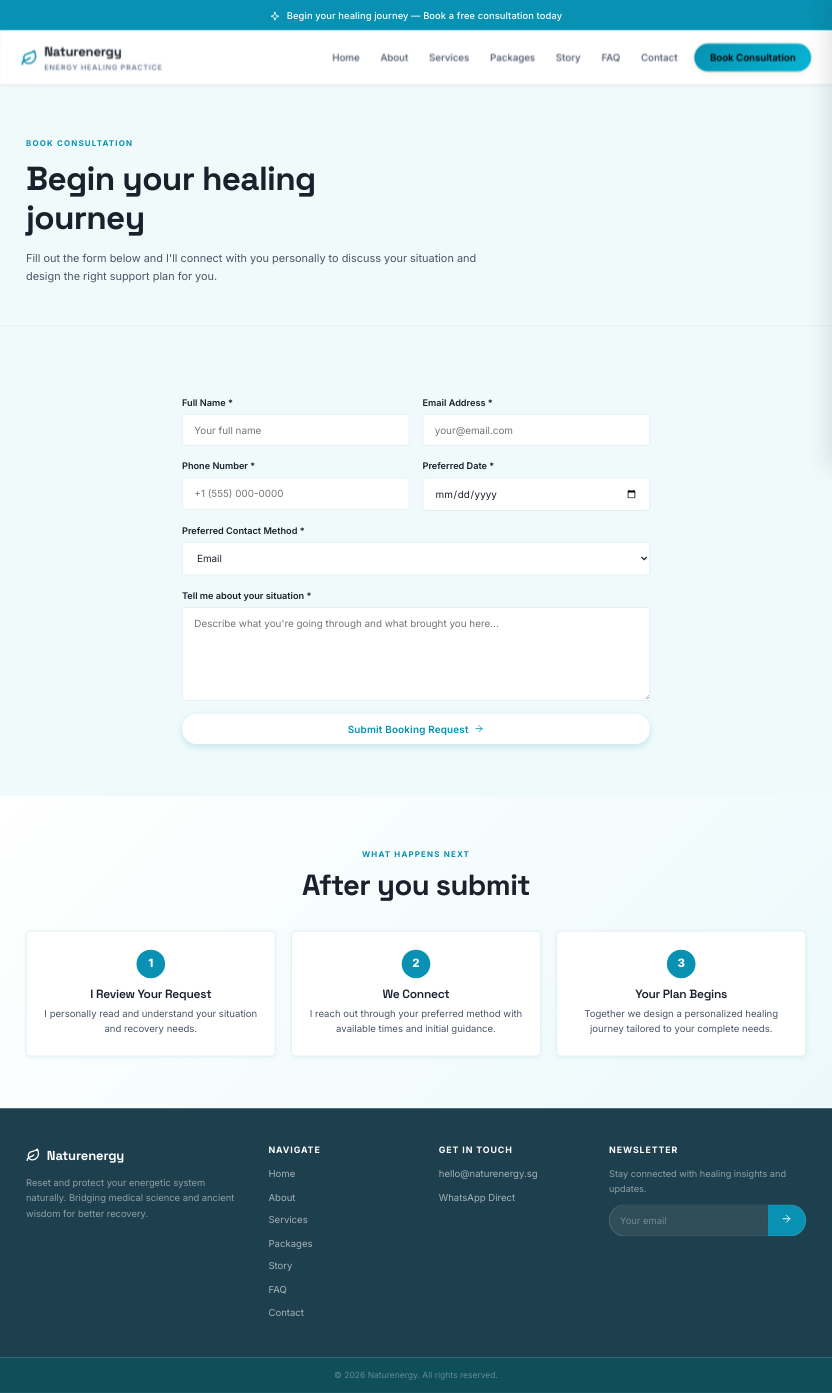
Repository: Ethxmnhz/nt_landing
Page: /book
These files come from the project's save history. The page is drawn as it stood at one moment and after the next save; the edit follows.
The browser window is 1280 px wide. The pictures show the whole page, at 65% of full size.
The project was rebuilt for these pictures with package versions that can differ from the ones it lists, and the page was loaded fresh each time. Also part of the build but not shown: vite.config.ts, src/components/ui/ButtonLink.tsx, src/pages/AboutPage.tsx, src/pages/ContactPage.tsx, src/components/ui/FaqAccordion.tsx, src/pages/FaqPage.tsx, src/pages/HomePage.tsx, src/pages/PackagesPage.tsx and 1 more.

Above is the page before, as saved 2026-04-06 20:08:14.

### index.html
<!doctype html>
<html lang="en">
  <head>
    <meta charset="UTF-8" />
    <link rel="icon" type="image/svg+xml" href="/favicon.svg" />
    <meta name="viewport" content="width=device-width, initial-scale=1.0" />
    <meta name="description" content="Naturenergy — Reset and protect your energetic system naturally. Bridging medical science and ancient wisdom for holistic healing across mental, emotional, and physical dimensions." />
    <meta property="og:title" content="Naturenergy | Energy Healing & Recovery Support" />
    <meta property="og:description" content="Holistic healing sessions combining chakra energy healing, physical movement, and emotional support for people navigating recovery and life challenges." />
    <meta property="og:type" content="website" />
    <meta property="og:url" content="https://naturenergy.sg" />
    <link rel="preconnect" href="https://fonts.googleapis.com" />
    <link rel="preconnect" href="https://fonts.gstatic.com" crossorigin />
    <title>Naturenergy | Energy Healing & Recovery Support</title>
  </head>
  <body>
    <div id="app"></div>
    <script type="module" src="/src/main.tsx"></script>
  </body>
</html>

### src/main.tsx
import React from 'react'
import ReactDOM from 'react-dom/client'
import { BrowserRouter } from 'react-router-dom'
import App from './App'
import './style.css'

ReactDOM.createRoot(document.getElementById('app')!).render(
  <React.StrictMode>
    <BrowserRouter>
      <App />
    </BrowserRouter>
  </React.StrictMode>,
)

### src/App.tsx
import { useEffect } from 'react'
import { Navigate, Route, Routes, useLocation } from 'react-router-dom'
import { SiteFooter } from './components/layout/SiteFooter'
import { SiteHeader } from './components/layout/SiteHeader'
import { AboutPage } from './pages/AboutPage'
import { BookPage } from './pages/BookPage'
import { ContactPage } from './pages/ContactPage'
import { FaqPage } from './pages/FaqPage'
import { HomePage } from './pages/HomePage'
import { PackagesPage } from './pages/PackagesPage'
import { ServicesPage } from './pages/ServicesPage'
import { StoryPage } from './pages/StoryPage'

function ScrollToTop() {
  const { pathname } = useLocation()
  useEffect(() => {
    window.scrollTo(0, 0)
  }, [pathname])
  return null
}

function App() {
  return (
    <div className="site-root">
      <ScrollToTop />
      <SiteHeader />
      <main>
        <Routes>
          <Route path="/" element={<Navigate to="/home" replace />} />
          <Route path="/home" element={<HomePage />} />
          <Route path="/about" element={<AboutPage />} />
          <Route path="/services" element={<ServicesPage />} />
          <Route path="/packages" element={<PackagesPage />} />
          <Route path="/programs" element={<Navigate to="/packages" replace />} />
          <Route path="/story" element={<StoryPage />} />
          <Route path="/faq" element={<FaqPage />} />
          <Route path="/contact" element={<ContactPage />} />
          <Route path="/book" element={<BookPage />} />
          <Route path="*" element={<Navigate to="/home" replace />} />
        </Routes>
      </main>
      <SiteFooter />
    </div>
  )
}

export default App

### src/components/layout/SiteFooter.tsx
import { Link } from 'react-router-dom'
import { Leaf, ArrowRight } from 'lucide-react'
import { navItems, site } from '../../data/siteData'

export function SiteFooter() {
  return (
    <footer className="site-footer">
      <div className="footer-main">
        <div className="section-shell">
          <div className="footer-grid">
            <div className="footer-brand">
              <Link to="/home" className="footer-logo">
                <Leaf size={22} strokeWidth={2.2} />
                <span className="brand-name">{site.name}</span>
              </Link>
              <p className="footer-brand-desc">
                Reset and protect your energetic system naturally. Bridging medical science and
                ancient wisdom for better recovery.
              </p>
            </div>

            <div className="footer-links-col">
              <h4>Navigate</h4>
              <ul>
                {navItems
                  .filter((n) => !n.highlight)
                  .map((item) => (
                    <li key={item.to}>
                      <Link to={item.to}>{item.label}</Link>
                    </li>
                  ))}
              </ul>
            </div>

            <div className="footer-links-col">
              <h4>Get In Touch</h4>
              <ul>
                <li>
                  <a href={`mailto:${site.email}`}>{site.email}</a>
                </li>
                <li>
                  <a href={site.whatsappUrl}>WhatsApp Direct</a>
                </li>
              </ul>
            </div>

            <div className="footer-links-col">
              <h4>Newsletter</h4>
              <p className="footer-newsletter-text">
                Stay connected with healing insights and updates.
              </p>
              <form className="footer-newsletter" onSubmit={(e) => e.preventDefault()}>
                <input type="email" placeholder="Your email" aria-label="Email for newsletter" />
                <button type="submit" aria-label="Subscribe">
                  <ArrowRight size={18} />
                </button>
              </form>
            </div>
          </div>
        </div>
      </div>

      <div className="footer-bottom">
        <div className="section-shell">
          <p>© {new Date().getFullYear()} {site.name}. All rights reserved.</p>
        </div>
      </div>
    </footer>
  )
}

### src/components/layout/SiteHeader.tsx
import { useState } from 'react'
import { NavLink } from 'react-router-dom'
import { Leaf, Menu } from 'lucide-react'
import { navItems, site } from '../../data/siteData'
import { MobileNav } from './MobileNav'

export function SiteHeader() {
  const [mobileOpen, setMobileOpen] = useState(false)

  return (
    <header className="site-header">
      <div className="announcement-bar">
        <Sparkle /> Begin your healing journey — Book a free consultation today
      </div>
      <div className="header-main">
        <NavLink className="brand" to="/home" aria-label="Naturenergy Home">
          <Leaf className="brand-icon-svg" size={26} strokeWidth={2.2} />
          <span className="brand-text">
            <span className="brand-name">{site.name}</span>
            <span className="brand-sub">Energy Healing Practice</span>
          </span>
        </NavLink>

        <nav className="site-nav">
          {navItems.map((item) =>
            item.highlight ? (
              <NavLink
                key={item.to}
                to={item.to}
                className="nav-cta-btn"
              >
                {item.label}
              </NavLink>
            ) : (
              <NavLink
                key={item.to}
                to={item.to}
                className={({ isActive }) =>
                  isActive ? 'site-nav-link active' : 'site-nav-link'
                }
              >
                {item.label}
              </NavLink>
            )
          )}
        </nav>

        <button
          className="hamburger"
          onClick={() => setMobileOpen(true)}
          aria-label="Open menu"
          type="button"
        >
          <Menu size={26} />
        </button>
      </div>

      <MobileNav open={mobileOpen} onClose={() => setMobileOpen(false)} />
    </header>
  )
}

function Sparkle() {
  return (
    <svg width="16" height="16" viewBox="0 0 24 24" fill="none" stroke="currentColor" strokeWidth="2" strokeLinecap="round" strokeLinejoin="round" style={{ display: 'inline', verticalAlign: 'middle', marginRight: 6 }}>
      <path d="M12 3l1.912 5.813a2 2 0 001.275 1.275L21 12l-5.813 1.912a2 2 0 00-1.275 1.275L12 21l-1.912-5.813a2 2 0 00-1.275-1.275L3 12l5.813-1.912a2 2 0 001.275-1.275L12 3z" />
    </svg>
  )
}

### src/pages/BookPage.tsx
import { ArrowRight } from 'lucide-react'
import { useState } from 'react'
import { AnimatedSection } from '../components/ui/AnimatedSection'
import { site } from '../data/siteData'

export function BookPage() {
  const [formData, setFormData] = useState({
    fullName: '',
    email: '',
    phone: '',
    preferredDate: '',
    situation: '',
    preferredContact: 'email',
  })

  const handleChange = (e: React.ChangeEvent<HTMLInputElement | HTMLTextAreaElement | HTMLSelectElement>) => {
    const { name, value } = e.target
    setFormData((prev) => ({ ...prev, [name]: value }))
  }

  const handleSubmit = (e: React.FormEvent) => {
    e.preventDefault()
    // Send to email
    const mailtoLink = `mailto:${site.email}?subject=Booking Request from ${formData.fullName}&body=Name: ${formData.fullName}%0DEmail: ${formData.email}%0DPhone: ${formData.phone}%0DPreferred Date: ${formData.preferredDate}%0DPreferred Contact: ${formData.preferredContact}%0DSituation: ${formData.situation}`
    window.location.href = mailtoLink
  }

  return (
    <>
      {/* ─── PAGE HERO ─── */}
      <section className="page-hero">
        <div className="section-shell">
          <AnimatedSection>
            <p className="section-tag">Book Consultation</p>
            <h1>Begin your healing journey</h1>
            <p className="page-hero-sub">
              Fill out the form below and I'll connect with you personally to discuss your situation
              and design the right support plan for you.
            </p>
          </AnimatedSection>
        </div>
      </section>

      {/* ─── BOOKING FORM ─── */}
      <section className="section-light">
        <div className="section-shell">
          <div className="contact-form-section">
            <AnimatedSection>
              <form className="contact-form" onSubmit={handleSubmit}>
                <div className="form-row">
                  <div className="form-group">
                    <label htmlFor="fullName">Full Name *</label>
                    <input
                      type="text"
                      id="fullName"
                      name="fullName"
                      value={formData.fullName}
                      onChange={handleChange}
                      required
                      placeholder="Your full name"
                    />
                  </div>
                  <div className="form-group">
                    <label htmlFor="email">Email Address *</label>
                    <input
                      type="email"
                      id="email"
                      name="email"
                      value={formData.email}
                      onChange={handleChange}
                      required
                      placeholder="your@email.com"
                    />
                  </div>
                </div>

                <div className="form-row">
                  <div className="form-group">
                    <label htmlFor="phone">Phone Number *</label>
                    <input
                      type="tel"
                      id="phone"
                      name="phone"
                      value={formData.phone}
                      onChange={handleChange}
                      required
                      placeholder="+1 (555) 000-0000"
                    />
                  </div>
                  <div className="form-group">
                    <label htmlFor="preferredDate">Preferred Date *</label>
                    <input
                      type="date"
                      id="preferredDate"
                      name="preferredDate"
                      value={formData.preferredDate}
                      onChange={handleChange}
                      required
                    />
                  </div>
                </div>

                <div className="form-group">
                  <label htmlFor="preferredContact">Preferred Contact Method *</label>
                  <select
                    id="preferredContact"
                    name="preferredContact"
                    value={formData.preferredContact}
                    onChange={handleChange}
                    required
                  >
                    <option value="email">Email</option>
                    <option value="phone">Phone</option>
                    <option value="whatsapp">WhatsApp</option>
                  </select>
                </div>

                <div className="form-group">
                  <label htmlFor="situation">Tell me about your situation *</label>
                  <textarea
                    id="situation"
                    name="situation"
                    value={formData.situation}
                    onChange={handleChange}
                    required
                    placeholder="Describe what you're going through and what brought you here..."
                    rows={6}
                  />
                </div>

                <button type="submit" className="btn btn-primary">
                  Submit Booking Request
                  <ArrowRight size={16} style={{ marginLeft: 8 }} />
                </button>
              </form>
            </AnimatedSection>
          </div>
        </div>
      </section>

      {/* ─── WHAT HAPPENS AFTER ─── */}
      <section className="section-warm">
        <div className="section-shell">
          <AnimatedSection>
            <div className="section-intro centered">
              <p className="section-tag">What Happens Next</p>
              <h2>After you submit</h2>
            </div>
          </AnimatedSection>
          <div className="after-booking-grid">
            <AnimatedSection delay={0}>
              <article className="after-step">
                <span className="after-step-num">1</span>
                <h3>I Review Your Request</h3>
                <p>I personally read and understand your situation and recovery needs.</p>
              </article>
            </AnimatedSection>
            <AnimatedSection delay={120}>
              <article className="after-step">
                <span className="after-step-num">2</span>
                <h3>We Connect</h3>
                <p>
                  I reach out through your preferred method with available times and initial guidance.
                </p>
              </article>
            </AnimatedSection>
            <AnimatedSection delay={240}>
              <article className="after-step">
                <span className="after-step-num">3</span>
                <h3>Your Plan Begins</h3>
                <p>
                  Together we design a personalized healing journey tailored to your complete needs.
                </p>
              </article>
            </AnimatedSection>
          </div>
        </div>
      </section>
    </>
  )
}

### src/pages/ServicesPage.tsx
import {
  Compass,
  Zap,
  Sprout,
  Users,
  ArrowRight,
} from 'lucide-react'
import { AnimatedSection } from '../components/ui/AnimatedSection'
import { ButtonLink } from '../components/ui/ButtonLink'
import { consultationProcess, services } from '../data/siteData'

const serviceIcons = [
  <Compass size={32} strokeWidth={1.8} />,
  <Zap size={32} strokeWidth={1.8} />,
  <Sprout size={32} strokeWidth={1.8} />,
  <Users size={32} strokeWidth={1.8} />,
]

export function ServicesPage() {
  return (
    <>
      {/* ─── PAGE HERO ─── */}
      <section className="page-hero">
        <div className="section-shell">
          <AnimatedSection>
            <p className="section-tag">Services</p>
            <h1>Integrated modalities for deeper and safer recovery</h1>
            <p className="page-hero-sub">
              Service design is outcome-based: better self-regulation, stronger body response,
              emotional support, and clearer recovery decisions.
            </p>
            <div className="doc-outcome-strip">
              <span>Regulation</span>
              <span>Resilience</span>
              <span>Recovery Clarity</span>
            </div>
          </AnimatedSection>
        </div>
      </section>

      {/* ─── FIRST CONSULTATION ─── */}
      <section className="section-light">
        <div className="section-shell">
          <AnimatedSection>
            <div className="section-intro centered">
              <p className="section-tag">Your First Session</p>
              <h2>What happens in the first consultation</h2>
              <p className="section-copy">
                Before any healing work begins, I take time to understand your complete context —
                daily routines, family support, work environment, and emotional landscape. This
                ensures every session plan is built on real understanding.
              </p>
            </div>
          </AnimatedSection>
        </div>
      </section>

      {/* ─── SERVICE CARDS ─── */}
      <section className="section-warm">
        <div className="section-shell">
          <AnimatedSection>
            <div className="section-intro centered">
              <p className="section-tag">What I Offer</p>
              <h2>Four areas of focused support</h2>
            </div>
          </AnimatedSection>
          <div className="services-grid">
            {services.map((service, i) => (
              <AnimatedSection key={service.title} delay={i * 100}>
                <article className="service-card">
                  <span className="service-icon">{serviceIcons[i]}</span>
                  <h3>{service.title}</h3>
                  <p>{service.description}</p>
                </article>
              </AnimatedSection>
            ))}
          </div>
        </div>
      </section>

      {/* ─── PROCESS FLOW ─── */}
      <section className="section-light">
        <div className="section-shell">
          <AnimatedSection>
            <div className="section-intro centered">
              <p className="section-tag">The Process</p>
              <h2>Assess → Heal → Integrate</h2>
              <p className="section-copy">
                Your healing journey follows a clear, structured path from initial assessment
                through active healing to long-term integration.
              </p>
            </div>
          </AnimatedSection>
          <div className="process-grid">
            {consultationProcess.map((step, i) => (
              <AnimatedSection key={step.title} delay={i * 150}>
                <article className="process-card">
                  <span className="process-number">{String(step.step).padStart(2, '0')}</span>
                  <h3>{step.title}</h3>
                  <p>{step.description}</p>
                </article>
              </AnimatedSection>
            ))}
          </div>
          <AnimatedSection>
            <div className="centered-cta">
              <ButtonLink to="/book">
                Book Your First Consultation <ArrowRight size={16} style={{ marginLeft: 6 }} />
              </ButtonLink>
            </div>
          </AnimatedSection>
        </div>
      </section>
    </>
  )
}

### src/components/layout/MobileNav.tsx
import { NavLink } from 'react-router-dom'
import { X } from 'lucide-react'
import { navItems, site } from '../../data/siteData'

type MobileNavProps = {
  open: boolean
  onClose: () => void
}

export function MobileNav({ open, onClose }: MobileNavProps) {
  return (
    <>
      <div className={`mobile-overlay ${open ? 'mobile-overlay-active' : ''}`} onClick={onClose} />
      <nav className={`mobile-drawer ${open ? 'mobile-drawer-open' : ''}`}>
        <div className="mobile-drawer-header">
          <span className="brand-name">{site.name}</span>
          <button className="mobile-close" onClick={onClose} aria-label="Close menu" type="button">
            <X size={22} />
          </button>
        </div>
        <div className="mobile-links">
          {navItems.map((item) => (
            <NavLink
              key={item.to}
              to={item.to}
              className={({ isActive }) =>
                `mobile-link ${isActive ? 'mobile-link-active' : ''} ${item.highlight ? 'mobile-link-cta' : ''}`
              }
              onClick={onClose}
            >
              {item.label}
            </NavLink>
          ))}
        </div>
        <div className="mobile-drawer-footer">
          <p>{site.email}</p>
        </div>
      </nav>
    </>
  )
}

### src/components/ui/AnimatedSection.tsx
import { useEffect, useRef, useState, type ReactNode } from 'react'

type AnimatedSectionProps = {
  children: ReactNode
  className?: string
  delay?: number
}

export function AnimatedSection({ children, className = '', delay = 0 }: AnimatedSectionProps) {
  const ref = useRef<HTMLDivElement>(null)
  const [visible, setVisible] = useState(false)

  useEffect(() => {
    const el = ref.current
    if (!el) return

    const observer = new IntersectionObserver(
      ([entry]) => {
        if (entry.isIntersecting) {
          setTimeout(() => setVisible(true), delay)
          observer.unobserve(el)
        }
      },
      { threshold: 0.15 }
    )

    observer.observe(el)
    return () => observer.disconnect()
  }, [delay])

  return (
    <div
      ref={ref}
      className={`anim-section ${visible ? 'anim-visible' : ''} ${className}`}
      style={{ transitionDelay: `${delay}ms` }}
    >
      {children}
    </div>
  )
}

Loaded but not shown: src/style.css (2584 lines, source omitted); src/data/siteData.ts (188 lines, source omitted)

After the next save:
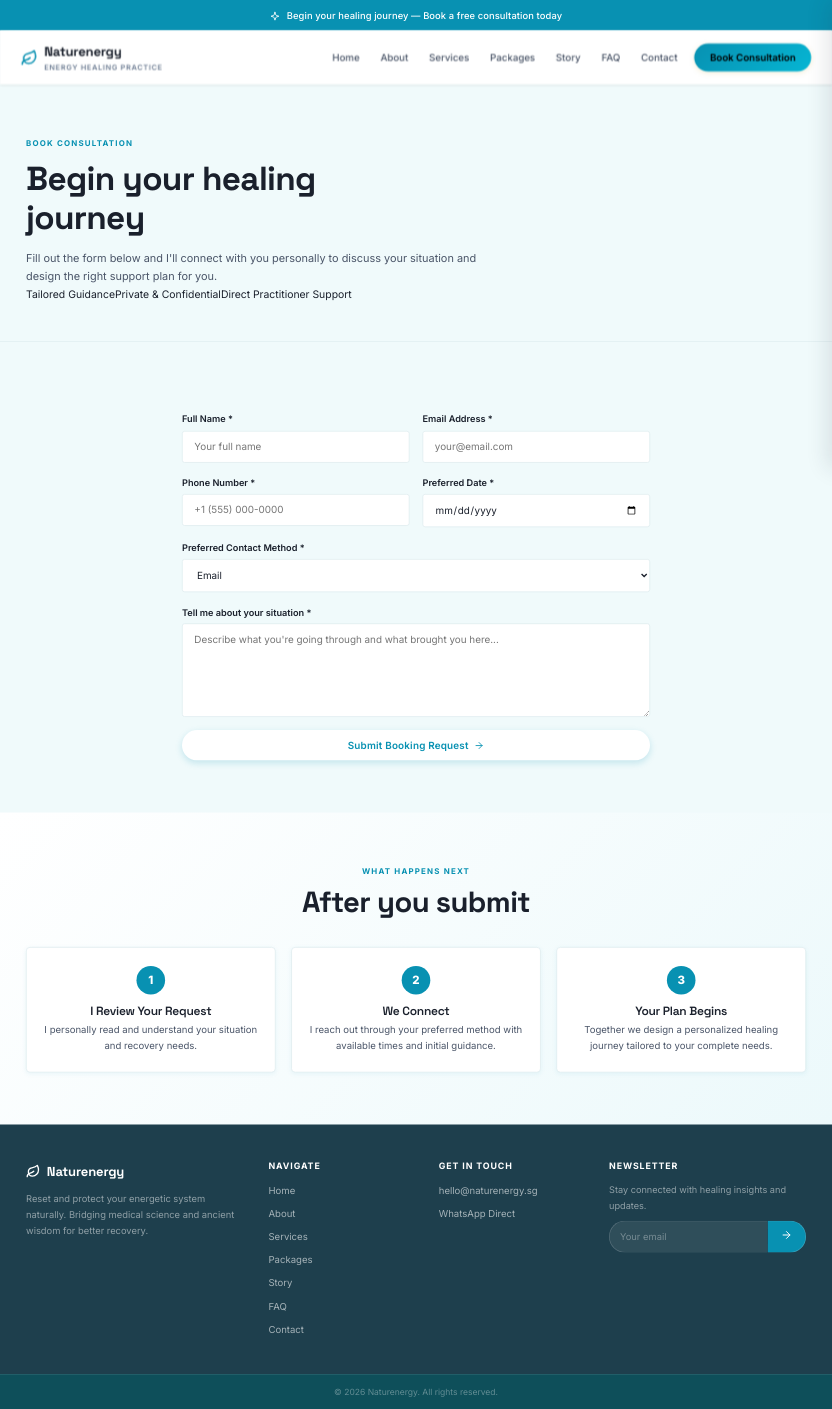
Saved 15 s later.
--- a/src/pages/BookPage.tsx
+++ b/src/pages/BookPage.tsx
@@ -37,6 +37,11 @@ export function BookPage() {
               Fill out the form below and I'll connect with you personally to discuss your situation
               and design the right support plan for you.
             </p>
+            <div className="doc-outcome-strip">
+              <span>Tailored Guidance</span>
+              <span>Private & Confidential</span>
+              <span>Direct Practitioner Support</span>
+            </div>
           </AnimatedSection>
         </div>
       </section>
